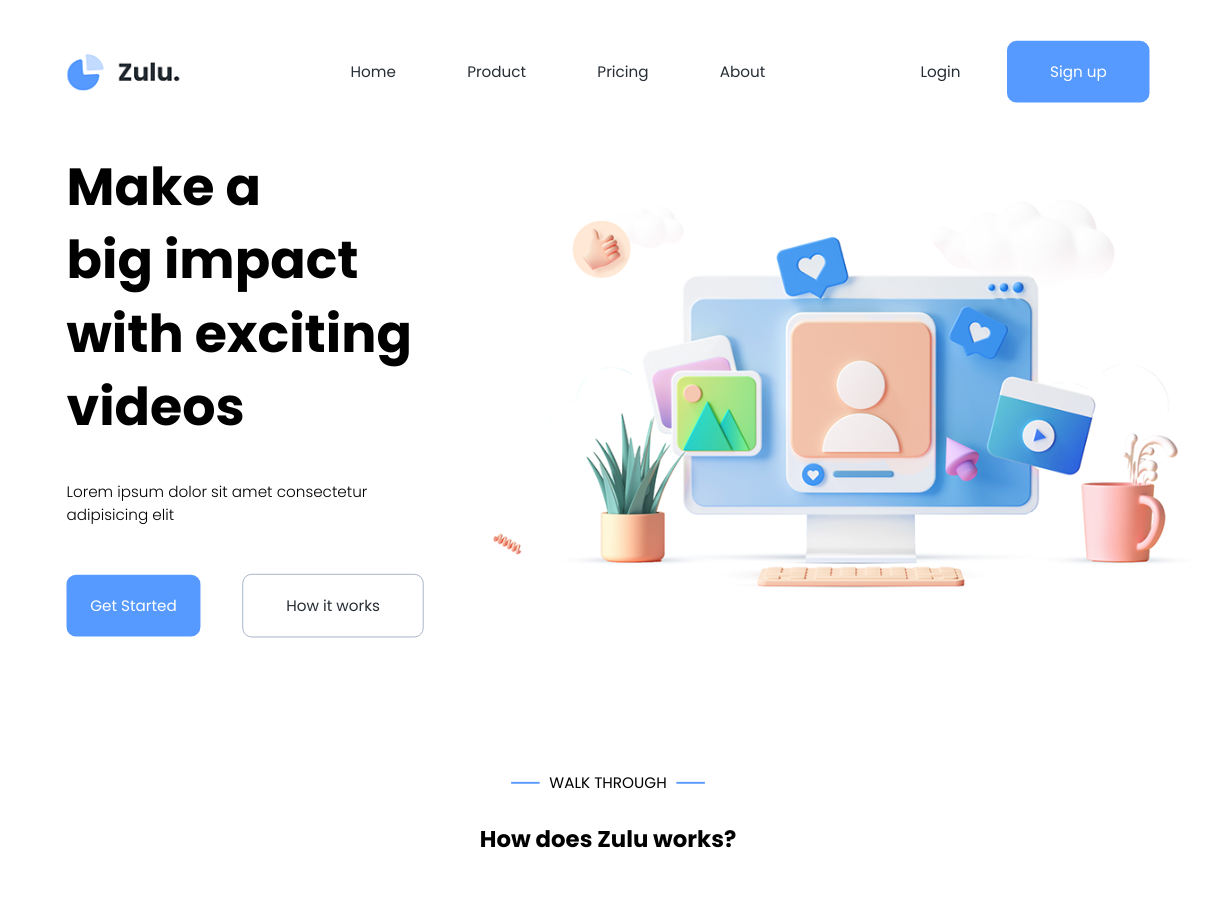
Repository: baodien1405/zulu-landing-page
Page: index.html
The author's editor kept a copy of each file at every save. The page is drawn from the files as they stood at one save, then again after the next save.
The browser window is 1280 px wide. The pictures show the whole page, at 95% of full size.
The style sheet was rebuilt from its Sass, Less or Tailwind sources for each picture, by a compiler version that may differ from the author's.

Above is the page before, as saved 2021-06-22 16:36:18.

After the next save:
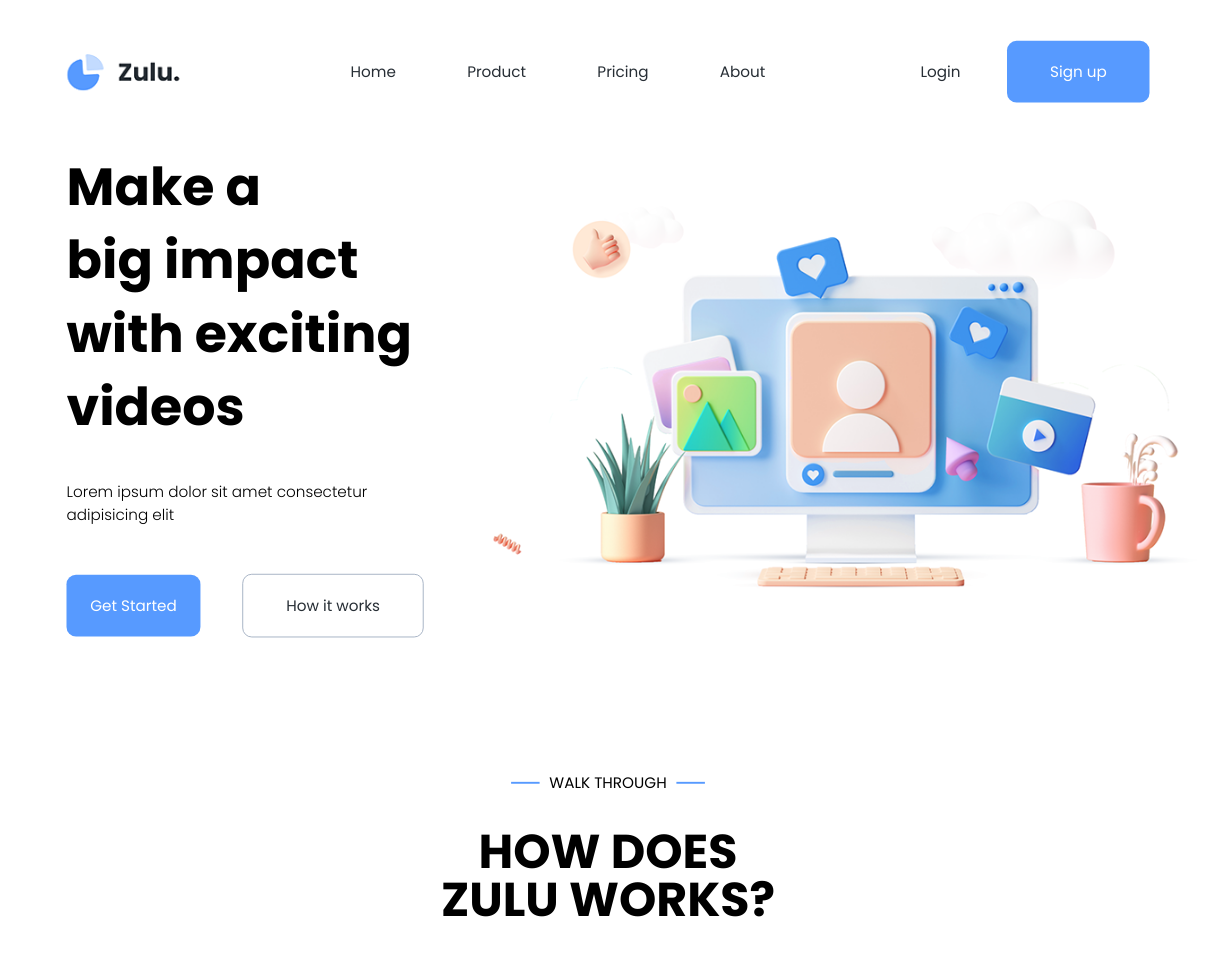
Saved 47 s later.
--- a/_global.scss
+++ b/_global.scss
@@ -86,4 +86,13 @@ body {
     background-color: $primary-color;
     top: 50%;
   }
+
+  &-heading {
+    text-transform: uppercase;
+    font-size: 50px;
+
+    span {
+      display: block;
+    }
+  }
 }
